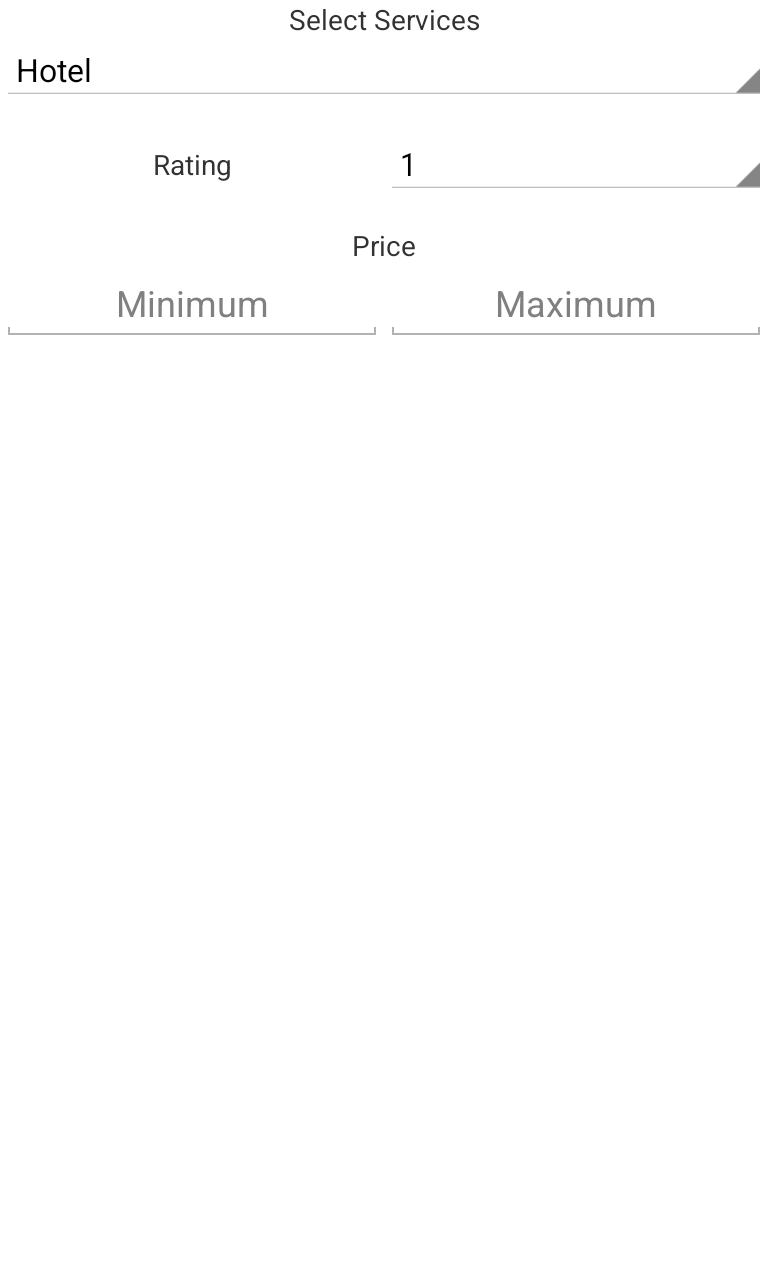
Repository: AungWinnHtut/projAndroid
Layout: com.engineer4myanmar.json.MainActivity/res/layout/activity_search.xml
An editor plug-in stored every save of this project. The layout is shown before and after the next save, followed by the edit.
It is drawn on a 768 x 1280 px phone screen (xhdpi) without system bars, with theme AppTheme; the app's code is not run.

Above is the layout before, as saved 2015-08-23 11:20:35.

### com.engineer4myanmar.json.MainActivity/res/layout/activity_search.xml
<LinearLayout xmlns:android="http://schemas.android.com/apk/res/android"
    xmlns:tools="http://schemas.android.com/tools"
    android:layout_width="match_parent"
    android:layout_height="match_parent"
    android:orientation="vertical" >

    <LinearLayout
        android:layout_width="match_parent"
        android:layout_height="wrap_content"
        android:orientation="vertical" >

        <TextView
            android:layout_width="match_parent"
            android:layout_height="wrap_content"
            android:layout_gravity="center"
            android:gravity="center"
            android:text="Select Services" />

        <Spinner
            android:id="@+id/spinner1"
            android:layout_width="match_parent"
            android:layout_height="wrap_content"
            android:layout_gravity="center"
            android:gravity="center"
            android:entries="@array/services_arrays"
            android:prompt="@string/services_prompt" />
    </LinearLayout>

    <LinearLayout
        android:layout_width="match_parent"
        android:layout_height="wrap_content"
        android:layout_marginTop="15dp"
        android:orientation="horizontal" >

        <TextView
            android:layout_width="0dp"
            android:layout_height="wrap_content"
            android:layout_gravity="center"
            android:layout_weight="1"
            android:gravity="center"
            android:text="Rating" />

        <Spinner
            android:id="@+id/spinner1"
            android:layout_width="0dp"
            android:layout_height="wrap_content"
            android:layout_gravity="center"
            android:layout_weight="1"
            android:entries="@array/ratings_arrays"
            android:gravity="center"
            android:prompt="@string/rating_prompt" />
    </LinearLayout>

    <LinearLayout
        android:layout_width="match_parent"
        android:layout_height="wrap_content"
        android:layout_marginTop="15dp"
        android:orientation="horizontal" >

        <TextView
            android:layout_width="match_parent"
            android:layout_height="wrap_content"
            android:layout_gravity="center"
            android:gravity="center"
            android:text="Price" />
    </LinearLayout>

    <LinearLayout
        android:layout_width="match_parent"
        android:layout_height="wrap_content"
        android:orientation="horizontal" >

        <EditText
            android:layout_width="0dp"
            android:layout_height="wrap_content"
            android:layout_gravity="center"
            android:layout_weight="1"
            android:gravity="center"
            android:hint="Minimum" />
         <EditText
            android:layout_width="0dp"
            android:layout_height="wrap_content"
            android:layout_gravity="center"
            android:layout_weight="1"
            android:gravity="center"
            android:hint="Maximum" />

    </LinearLayout>

</LinearLayout>

### com.engineer4myanmar.json.MainActivity/res/values/strings.xml
<resources>

    <string name="app_name">ExcellentService</string>
    <string name="hello_world">Hello world!</string>
    <string name="menu_settings">Settings</string>
    <string name="title_activity_main">ExcellentService</string>
    <string name="title_activity_services_menu">ExcellentService</string>
    <string name="title_activity_register">ExcellentService</string>
    <string name="title_activity_welcome">WelcomeActivity</string>
    <string name="title_activity_search">SearchActivity</string>
    <string name="services_prompt">Hotel</string>
    <string name="rating_prompt">1</string>
    <string name="cuisine_prompt">Chinese</string>
    <string name="range_prompt">1 km</string>

    <string-array name="services_arrays">
        <item>Hotel</item>
        <item>Bank</item>
        <item>Restaurant</item>
        <item>Hospital</item>
    </string-array>
    <string-array name="ratings_arrays">
        <item>1</item>
        <item>2</item>
        <item>3</item>
        <item>4</item>
        <item>5</item>
    </string-array>
    <string-array name="cuisine_arrays">
        <item>Chinese</item>
        <item>Thai</item>
        <item>Burmese</item>
        <item>Japanese</item>
    </string-array>

      <string-array name="range_arrays">
        <item>1 km</item>
        <item>2 km</item>
        <item>3 km</item>
        <item>4 km</item>
        <item>5 km</item>
    </string-array>

</resources>

Loaded but not shown: com.engineer4myanmar.json.MainActivity/res/values-v11/styles.xml (common file); com.engineer4myanmar.json.MainActivity/res/values-v14/styles.xml (common file); com.engineer4myanmar.json.MainActivity/res/values/styles.xml (common file)

After the next save:
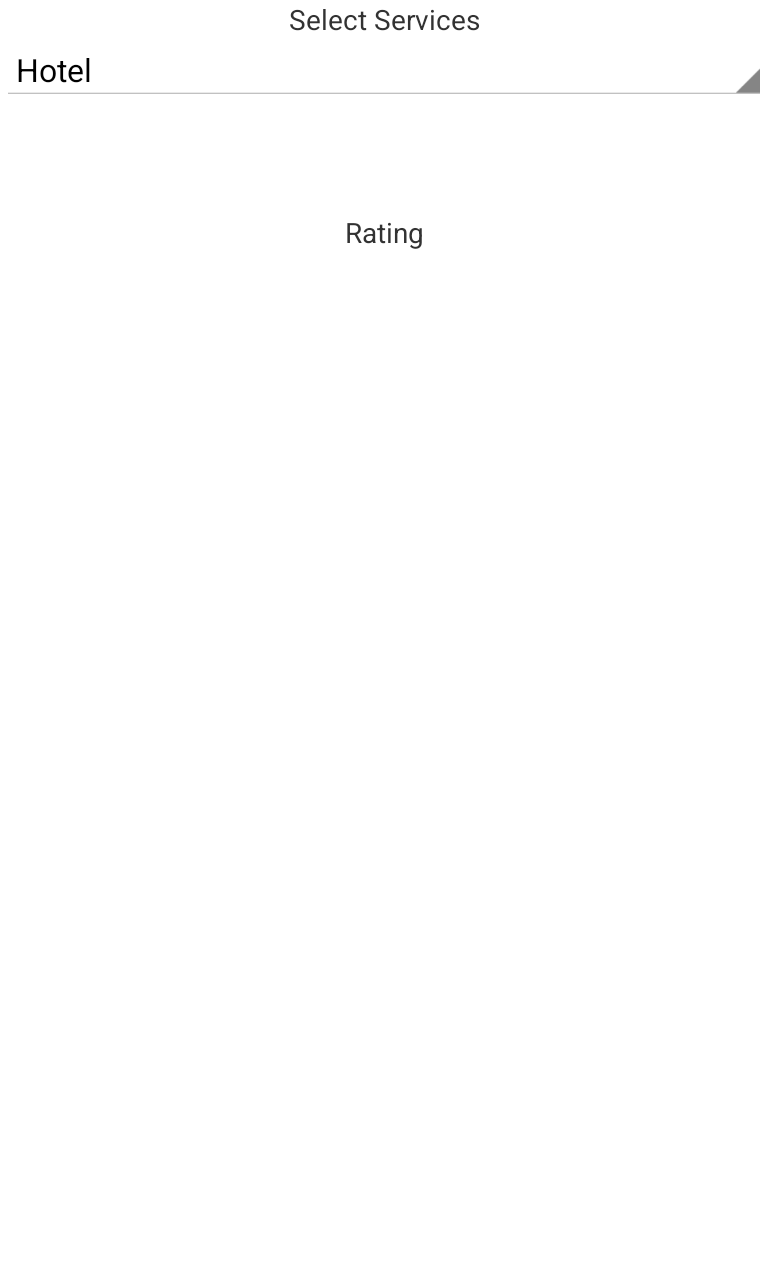
Saved 73 s later.
--- a/com.engineer4myanmar.json.MainActivity/res/layout/activity_search.xml
+++ b/com.engineer4myanmar.json.MainActivity/res/layout/activity_search.xml
@@ -24,6 +24,43 @@
             android:gravity="center"
             android:entries="@array/services_arrays"
             android:prompt="@string/services_prompt" />
+    </LinearLayout>
+    <LinearLayout
+        android:layout_width="match_parent"
+        android:layout_height="wrap_content"
+        android:layout_marginTop="15dp"
+        android:orientation="horizontal" >
+
+        <TextView
+            android:layout_width="match_parent"
+            android:layout_height="wrap_content"
+            android:layout_gravity="center"
+            android:gravity="center"
+            android:text="Rating" />
+
+    <LinearLayout
+        android:layout_width="match_parent"
+        android:layout_height="wrap_content"
+        android:layout_marginTop="15dp"
+        android:orientation="horizontal" >
+
+        <TextView
+            android:layout_width="0dp"
+            android:layout_height="wrap_content"
+            android:layout_gravity="center"
+            android:layout_weight="1"
+            android:gravity="center"
+            android:text="Rating" />
+
+        <Spinner
+            android:id="@+id/spinner1"
+            android:layout_width="0dp"
+            android:layout_height="wrap_content"
+            android:layout_gravity="center"
+            android:layout_weight="1"
+            android:entries="@array/ratings_arrays"
+            android:gravity="center"
+            android:prompt="@string/rating_prompt" />
     </LinearLayout>
 
     <LinearLayout
